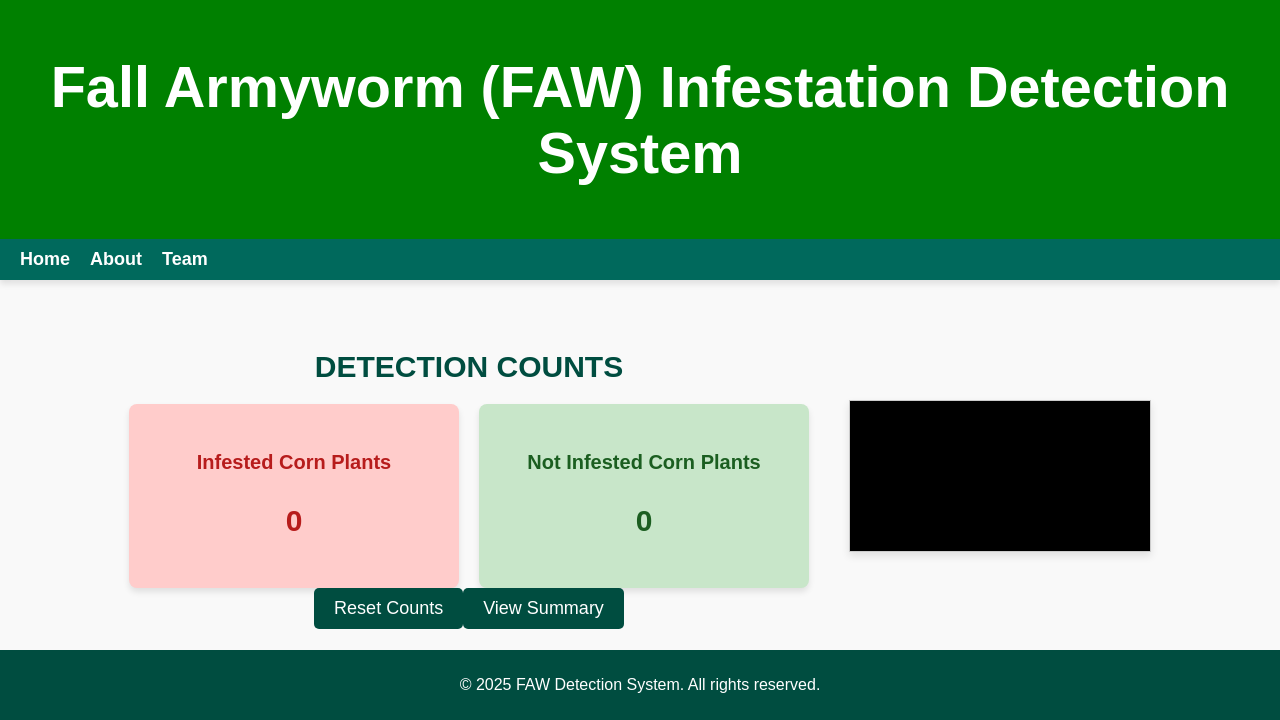
Repository: jansen223/faw-detection-main
Page: /
An editor plug-in stored every save of this project. The page is shown before and after the next save, followed by the edit.
The browser window is 1280 px wide. The pictures show the whole page.
The page's requests for data from a server got no answer. The project was rebuilt for these pictures with package versions that can differ from the ones it lists, and the page was loaded fresh each time. No one was signed in, and anything a server would have sent is missing. Also part of the build but not shown: src/pages/About.css, src/pages/About.js, src/pages/Team.css, src/pages/Team.js, src/pages/Summary.css, src/pages/Summary.js.

Above is the page before, as saved 2025-04-12 12:19:58.

### public/index.html
<!DOCTYPE html>
<html lang="en">
<head>
  <meta charset="utf-8" />
  <link rel="icon" href="%PUBLIC_URL%/maize_icon.jpg" />
  <meta name="viewport" content="width=device-width, initial-scale=1" />
  <meta name="theme-color" content="#000000" />
  <meta name="description" content="FAW Detection Web Interface" />
  <title>FAW Detection</title>
</head>
<body>
  <noscript>You need to enable JavaScript to run this app.</noscript>
  <div id="root"></div>
</body>
</html>

### src/App.js
import React, { useEffect, useRef } from 'react';
import { BrowserRouter as Router, Routes, Route, Link } from 'react-router-dom';
import { io } from 'socket.io-client';
import Home from './pages/Home';
import About from './pages/About';
import Team from './pages/Team';
import Summary from './pages/Summary';
import './App.css';

function App() {
  const canvasRef = useRef(null);
  const socketRef = useRef(null);
  const [counts, setCounts] = React.useState({ infested: 0, notInfested: 0 });

  useEffect(() => {
    socketRef.current = io('http://192.168.254.108:5000');

    let lastRenderTime = 0;
    socketRef.current.on('video_frame', (data) => {
      const now = Date.now();
      if (now - lastRenderTime < 100) return; // Skip frames if less than 100ms
      lastRenderTime = now;

      const img = new Image();
      img.src = `data:[embedded picture, 38 characters]

      img.onload = () => {
        const canvas = canvasRef.current;
        if (!canvas) return;
        const ctx = canvas.getContext('2d');
        canvas.width = img.width;
        canvas.height = img.height;
        ctx.drawImage(img, 0, 0);
      };
    });

    socketRef.current.on('detection_counts', (data) => {
      setCounts({
        infested: data.infested_count,
        notInfested: data.not_infested_count
      });
    });

    return () => {
      if (socketRef.current) socketRef.current.disconnect();
    };
  }, []);

  const resetCounts = async () => {
    try {
      const response = await fetch('http://192.168.254.108:5000/reset_counts', {
        method: 'POST',
      });
      const data = await response.json();
      if (data.message) {
        setCounts({ infested: 0, notInfested: 0 });
        alert(data.message);
      }
    } catch (error) {
      console.error('Error resetting counts:', error);
    }
  };

  return (
    <Router>
      <div className="App">
        <header className="App-header">
          <h1>Fall Armyworm (FAW) Infestation Detection System</h1>
        </header>
        <nav className="App-navbar">
          <ul>
            <li><Link to="/">Home</Link></li>
            <li><Link to="/about">About</Link></li>
            <li><Link to="/team">Team</Link></li>
          </ul>
        </nav>
        <Routes>
          <Route path="/" element={<Home canvasRef={canvasRef} counts={counts} resetCounts={resetCounts} />} />
          <Route path="/about" element={<About />} />
          <Route path="/team" element={<Team />} />
          <Route path="/summary" element={<Summary />} />
        </Routes>
        <footer className="App-footer">
          <p>&copy; 2025 FAW Detection System. All rights reserved.</p>
        </footer>
      </div>
    </Router>
  );
}

export default App;

### src/pages/Home.js
import React from 'react';
import { useNavigate } from 'react-router-dom';
import './Home.css';

function Home({ canvasRef, counts, resetCounts }) {
  const navigate = useNavigate();

  return (
    <div className="layout-container">
      <div className="detection-section">
        <h3>DETECTION COUNTS</h3>
        <div className="detection-cards">
          <div className="card infested">
            <h4>Infested Corn Plants</h4>
            <p>{counts.infested}</p>
          </div>
          <div className="card not-infested">
            <h4>Not Infested Corn Plants</h4>
            <p>{counts.notInfested}</p>
          </div>
        </div>
        <button onClick={resetCounts} className="reset-button">
          Reset Counts
        </button>
        <button onClick={() => navigate('/summary')} className="view-summary-button">
          View Summary
        </button>
      </div>
      <div className="camera-section">
        <canvas ref={canvasRef} />
      </div>
    </div>
  );
}

export default Home;

### src/App.css
html,
body {
  margin: 0;
  padding: 0;
  font-family: 'Arial', sans-serif; /* Use a clean, modern font */
  background-color: #f9f9f9; /* Light background for better readability */
}

.App {
  display: flex;
  flex-direction: column;
  min-height: 100vh;
}

.App-header {
  background-color: green;
  color: white;
  text-align: center;
  font-size: 1.8rem;
  font-weight: bold;
  padding: 15px 0;
  box-shadow: 0 4px 6px rgba(0, 0, 0, 0.1);
}

.App-navbar {
  background-color: #00695c;
  color: white;
  padding: 10px 20px;
  display: flex;
  justify-content: space-between;
  align-items: center;
  box-shadow: 0 4px 6px rgba(0, 0, 0, 0.1);
}

.App-navbar ul {
  list-style: none;
  display: flex;
  gap: 20px;
  margin: 0;
  padding: 0;
}

.App-navbar a {
  color: white;
  text-decoration: none;
  font-weight: bold;
  font-size: 18px;
}

.App-navbar a:hover {
  text-decoration: underline;
}

.App-footer {
  background-color: #004d40;
  color: white;
  text-align: center;
  padding: 10px 0;
  margin-top: auto;
}

### src/pages/Home.css
.layout-container {
  display: flex;
  flex-wrap: wrap; /* Allow wrapping for smaller screens */
  justify-content: center; /* Center content horizontally */
  align-items: flex-start;
  width: 100%;
  padding: 20px;
  box-sizing: border-box;
  gap: 40px; /* Add spacing between sections */
}

.detection-section {
  flex: 1;
  max-width: 680px;
  text-align: center;
  margin-top: 20px;
}

.detection-section h3 {
  font-size: 30px;
  font-weight: bold;
  color: #004d40;
  margin-bottom: 20px;
}

.detection-cards {
  display: flex;
  flex-wrap: wrap; /* Allow wrapping for smaller screens */
  gap: 20px;
  justify-content: center; /* Center cards horizontally */
}

.detection-cards .card {
  padding: 20px;
  border-radius: 8px;
  box-shadow: 0 4px 6px rgba(0, 0, 0, 0.1);
  text-align: center;
  flex: 1;
  max-width: 300px; /* Limit card width */
  transition: transform 0.3s ease, box-shadow 0.3s ease;
}

.detection-cards .card:hover {
  transform: translateY(-5px); /* Add hover effect */
  box-shadow: 0 6px 10px rgba(0, 0, 0, 0.2);
}

.detection-cards .card.infested {
  background-color: #ffcccb;
  color: #b71c1c;
}

.detection-cards .card.not-infested {
  background-color: #c8e6c9;
  color: #1b5e20;
}

.detection-cards .card h4 {
  font-size: 20px;
}

.detection-cards .card p {
  font-size: 30px;
  font-weight: bold;
}

.camera-section {
  display: flex;
  justify-content: center;
  align-items: center;
  padding-top: 100px;
}

canvas {
  box-shadow: 0 4px 8px rgba(0, 0, 0, 0.1);
  background: black;
  max-width: 100%;
  border: 1px solid #ccc;
  display: flex;
  justify-content: center;
  align-items: center;
}

.options {
  display: flex;
  justify-content: center;
  gap: 20px;
  margin-top: 20px;
}

.reset-button,
.view-summary-button {
  padding: 10px 20px;
  background-color: #004d40;
  color: white;
  border: none;
  border-radius: 5px;
  cursor: pointer;
  font-size: 18px;
  transition: background-color 0.3s ease;
}

.reset-button:hover,
.view-summary-button:hover {
  background-color: #00695c;
}

Loaded but not shown: src/index.js (common file); src/index.css (common file); src/reportWebVitals.js (common file)

After the next save:
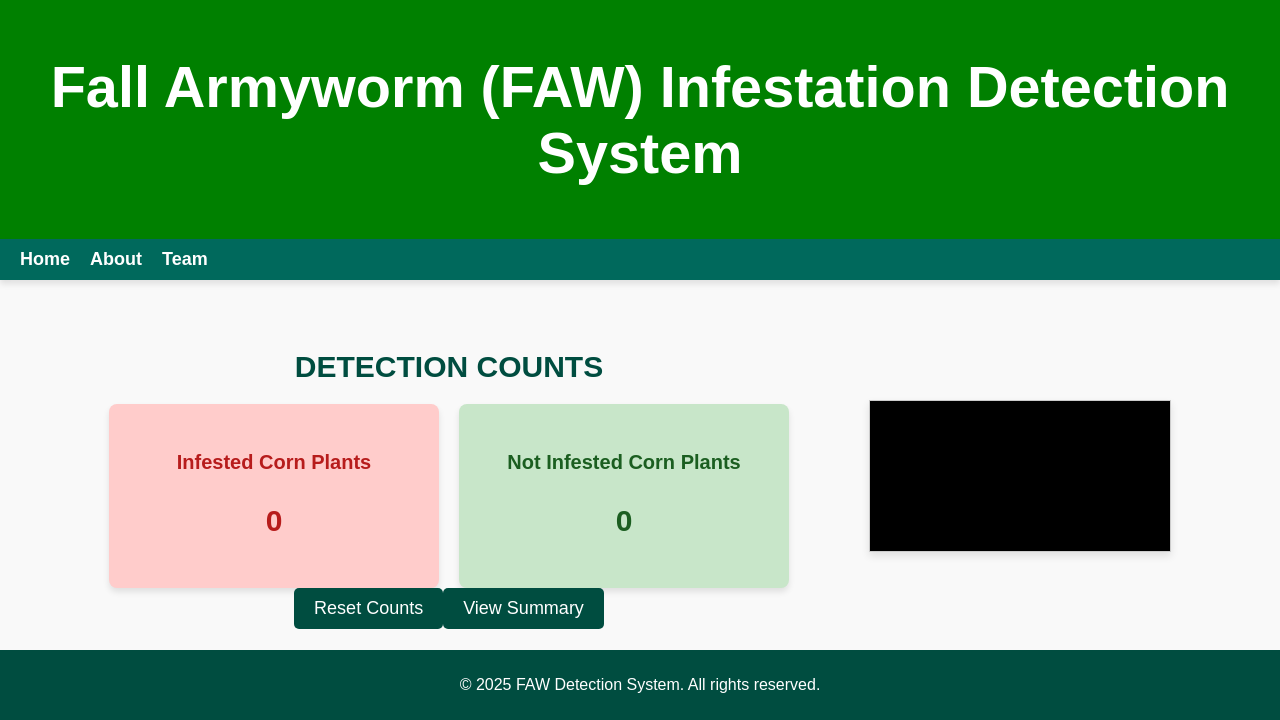
Saved 44 s later.
--- a/src/pages/Home.css
+++ b/src/pages/Home.css
@@ -6,7 +6,7 @@
   width: 100%;
   padding: 20px;
   box-sizing: border-box;
-  gap: 40px; /* Add spacing between sections */
+  gap: 80px; /* Add spacing between sections */
 }
 
 .detection-section {
